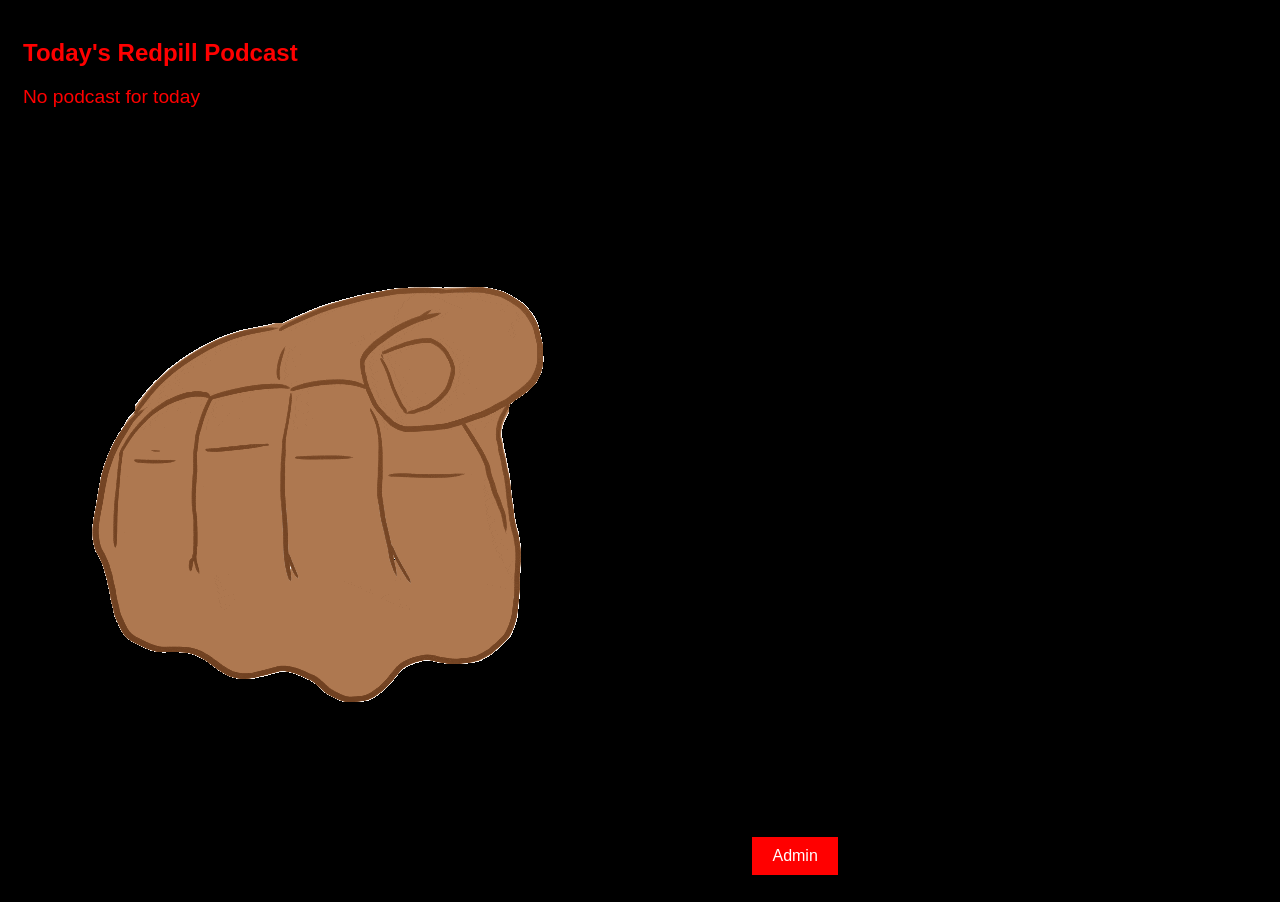
Repository: fechinmitchell/thedailyonepercent
Page: popup.html
The author's editor kept a copy of each file at every save. The page is drawn from the files as they stood at one save, then again after the next save.
The browser window is 1280 px wide. The pictures show the whole page.

Above is the page before, as saved 2023-06-21 21:23:26.

After the next save:
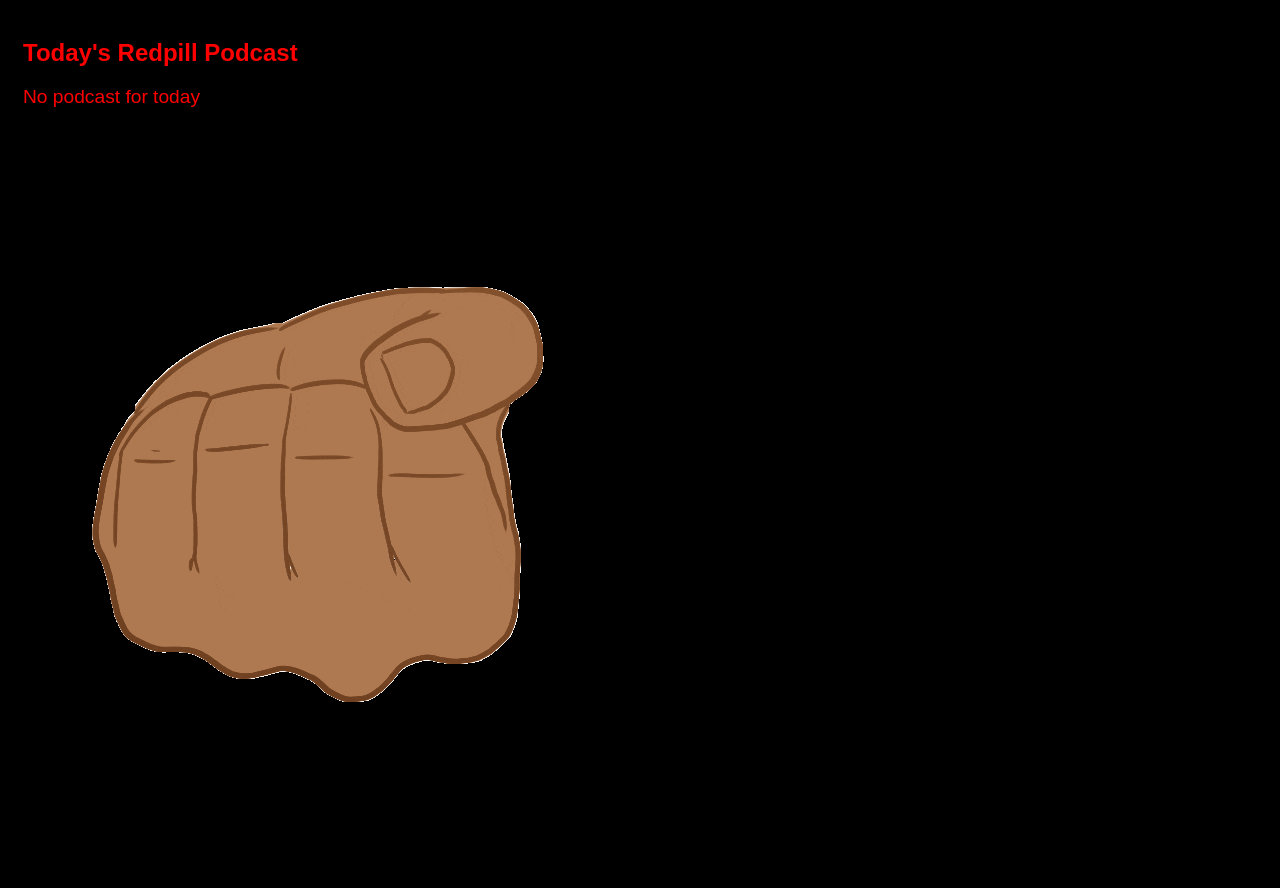
Saved 44 s later.
--- a/popup.html
+++ b/popup.html
@@ -7,7 +7,6 @@
   <h1>Today's Redpill Podcast</h1>
   <p id="podcast"></p>
   <img id="logo" src="icon.gif" alt="Redpill Logo">
-  <button id="admin-button">Admin</button>
 
   <script src="popup.js"></script>
 </body>
